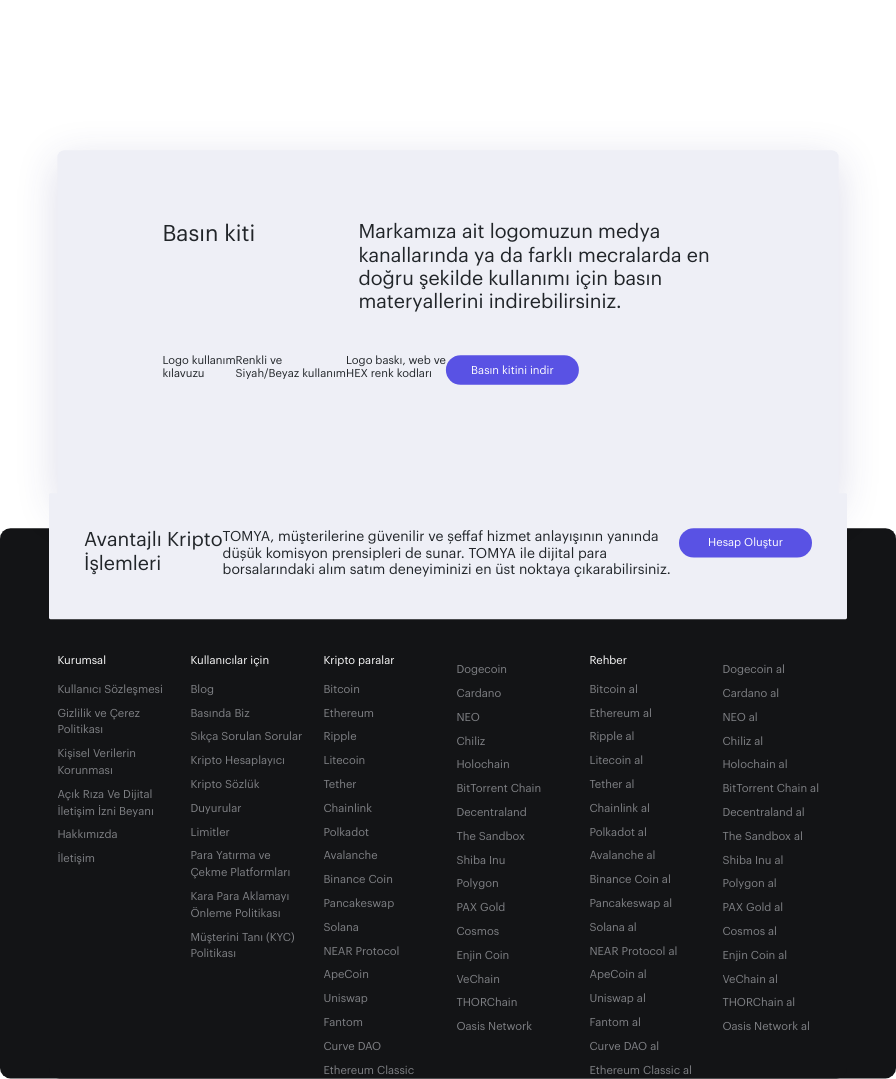
Repository: ezgibayrakli/TomyaProje
Page: index copy.html
The author's editor kept a copy of each file at every save. The page is drawn from the files as they stood at one save, then again after a run of saves.
The browser window is 1280 px wide. The pictures show the part of the page from y = 3171 to 5091 px (the page is 4712 px tall before and 5091 px after), at 70% of full size.
Some web fonts or font styles are not loaded; a fallback is used.

Above is the page before, as saved 2023-07-07 11:11:42.

After the next 3 saves:
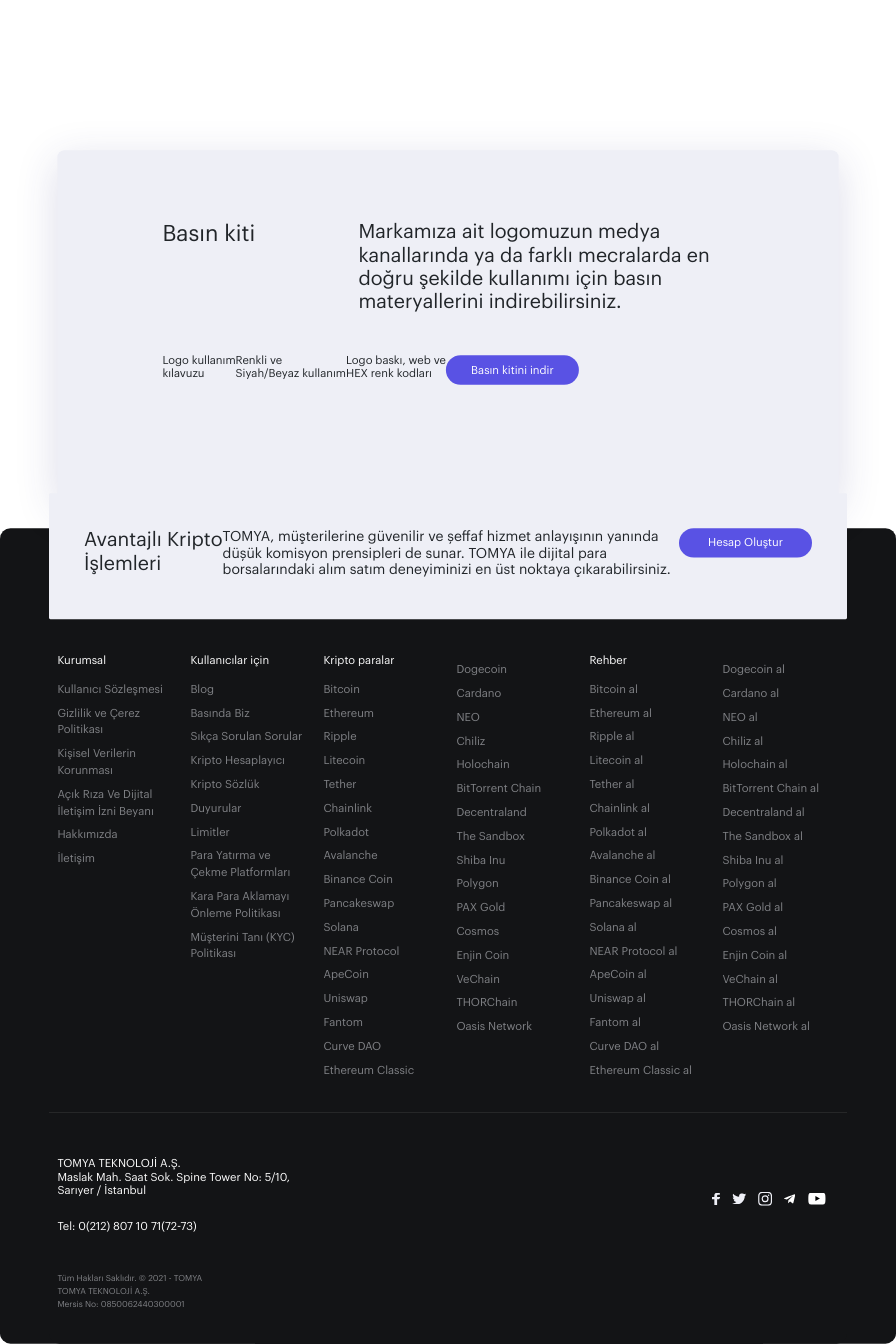
The 3 saves are shown as one change because they came seconds apart.
The last was saved 15 s later.
--- a/index copy.html
+++ b/index copy.html
@@ -318,8 +318,7 @@
                                 <li><a href="#">Oasis Network al</a></li>
                             </ul>
                         </div>
-                    </div>
-                    <!-- ACORDİON MENU -->
+                        <!-- ACORDİON MENU -->
                     <div class="accordion" id="accordionExample">
                         <div class="accordion-item">
                         <h2 class="accordion-header" id="headingOne">
@@ -357,6 +356,8 @@
                         </div>
                         </div>
                     </div>
+                    </div>
+
 
                     <hr class="mt-5" style="color: gray;" />
                     <div class="pt-5 d-flex justify-content-lg-between flex-lg-row flex-column align-items-lg-center">
